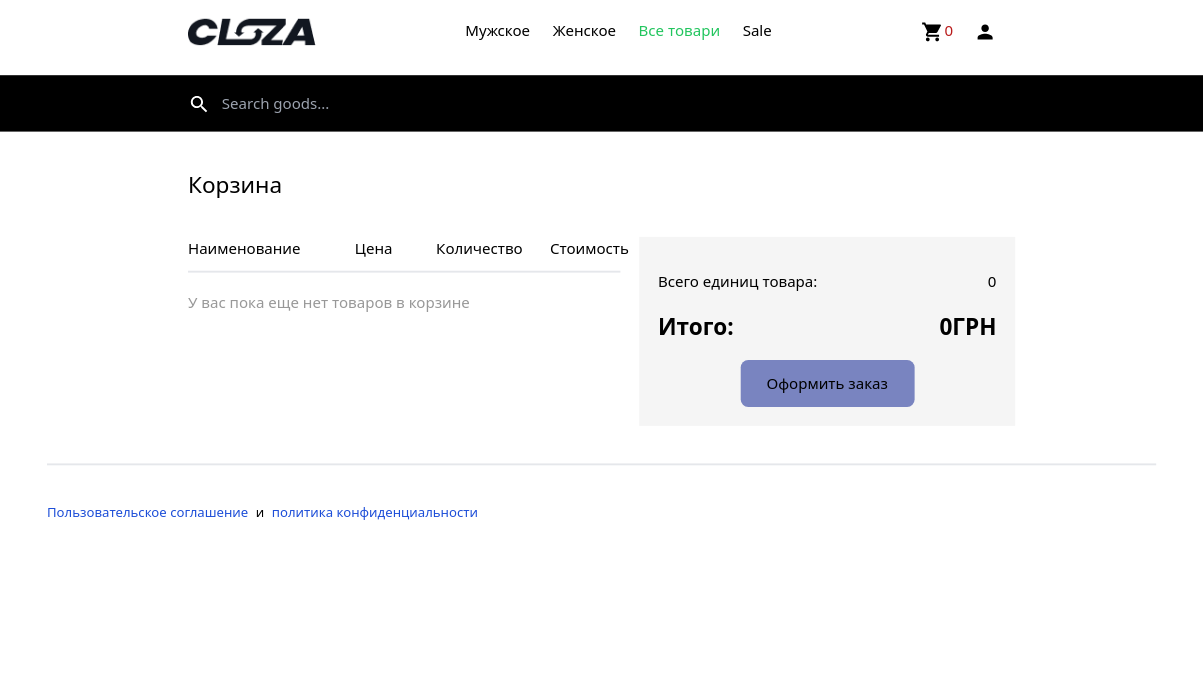
Repository: Ivan-Dovgoniuk/clothes-shop-front-end
Page: /cart
These files come from the project's save history. The page is drawn as it stood at one moment and after the next save; the edit follows.
The browser window is 1280 px wide. The pictures show the whole page, at 94% of full size.
The page's requests for data from a server got no answer. The project was rebuilt for these pictures with package versions that can differ from the ones it lists, and the page was loaded fresh each time. No one was signed in, and anything a server would have sent is missing. Also part of the build but not shown: src/hooks/checkProductStatus.hook.ts, src/hooks/productStatusEditor.hook.ts, src/Components/ProductItem/ProductItem.tsx, src/Pages/ProductPage/components/Products/Products.tsx, src/Pages/CategoriesPage/components/ResetButton/ResetButton.tsx, src/Pages/CategoriesPage/components/SideBarFilters/Filters/CategoryFilter.tsx, src/Pages/CategoriesPage/components/SideBarFilters/Filters/ColorFilter.tsx, src/Pages/CategoriesPage/components/SideBarFilters/Filters/PriceFilter.tsx and 22 more.

Above is the page before, as saved 2023-01-18 21:53:50.

After the next save:
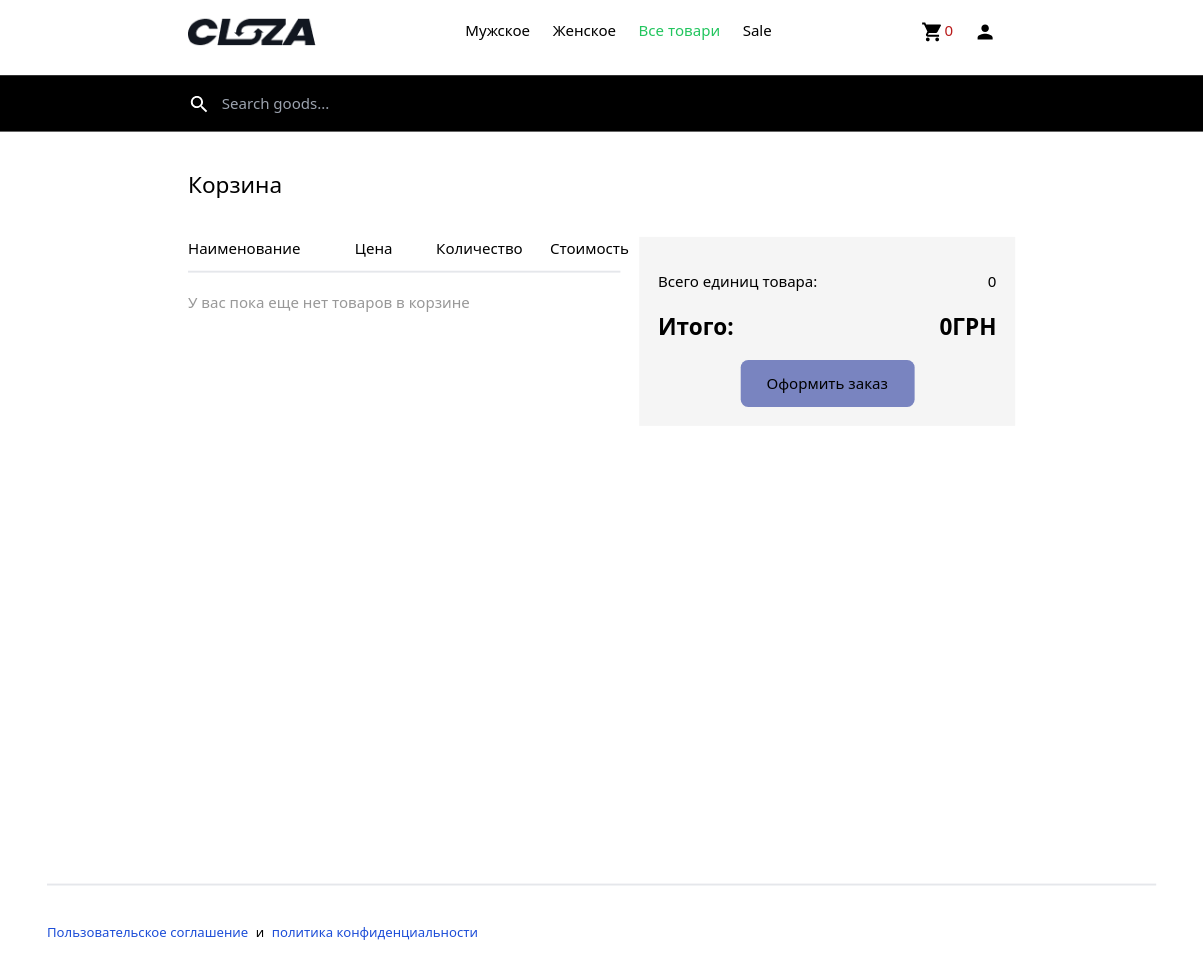
Saved 26 s later.
--- a/src/Pages/CartPage/Cart.tsx
+++ b/src/Pages/CartPage/Cart.tsx
@@ -17,7 +17,7 @@ export default function Cart() {
 
   return (
     <>
-        <section className='container lg:px-[200px] mt-10'>
+        <section className='container lg:px-[200px] mt-10 min-h-screen'>
             <div>
                 <h2 className='font-normal text-2xl mb-10'>
                     Корзина
